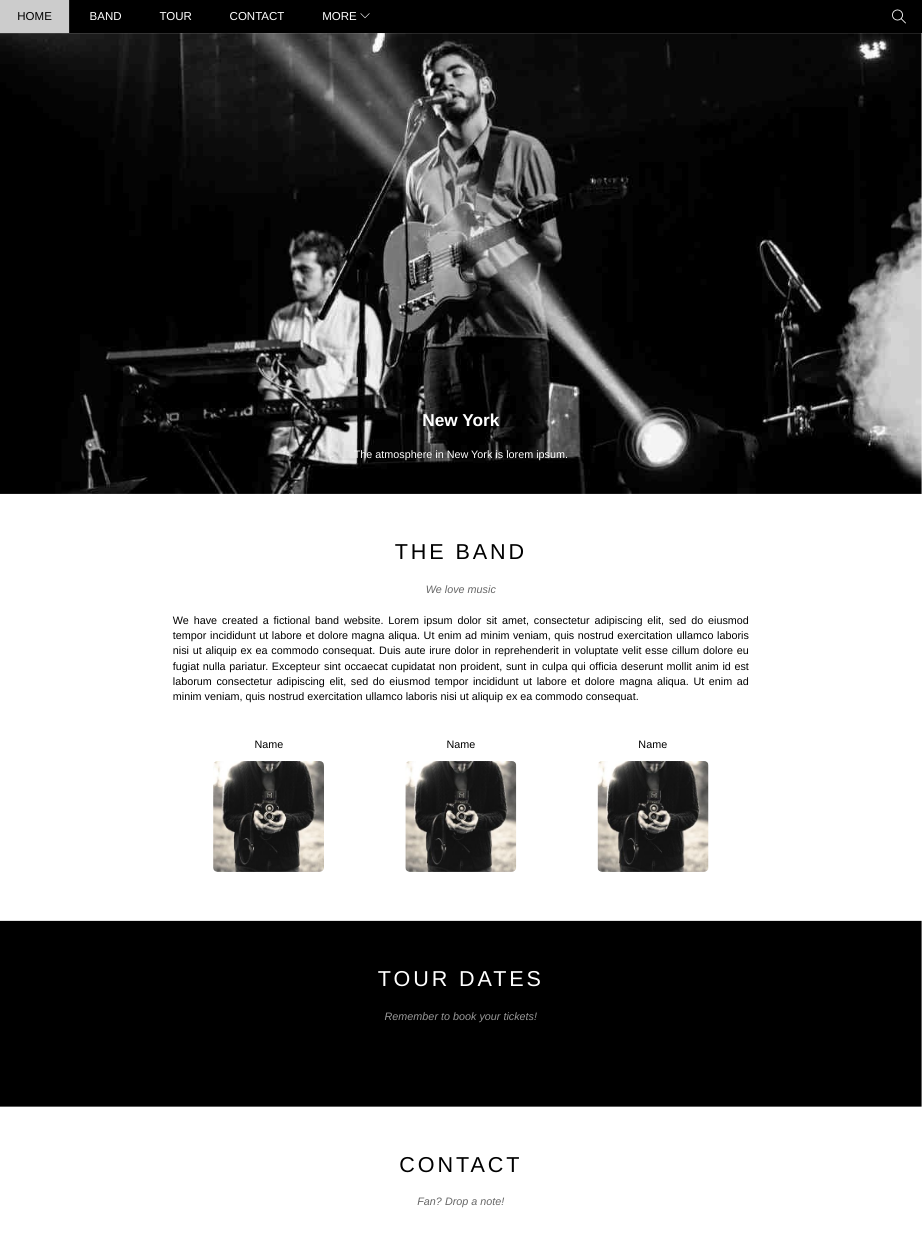
Repository: vophuocthanh/phuocthanhk03
Page: index.html
An editor plug-in stored every save of this project. The page is shown before and after the next save, followed by the edit.
The browser window is 1280 px wide. The pictures show the whole page, at 72% of full size.

Above is the page before, as saved 2022-03-24 23:32:22.

After the next save:
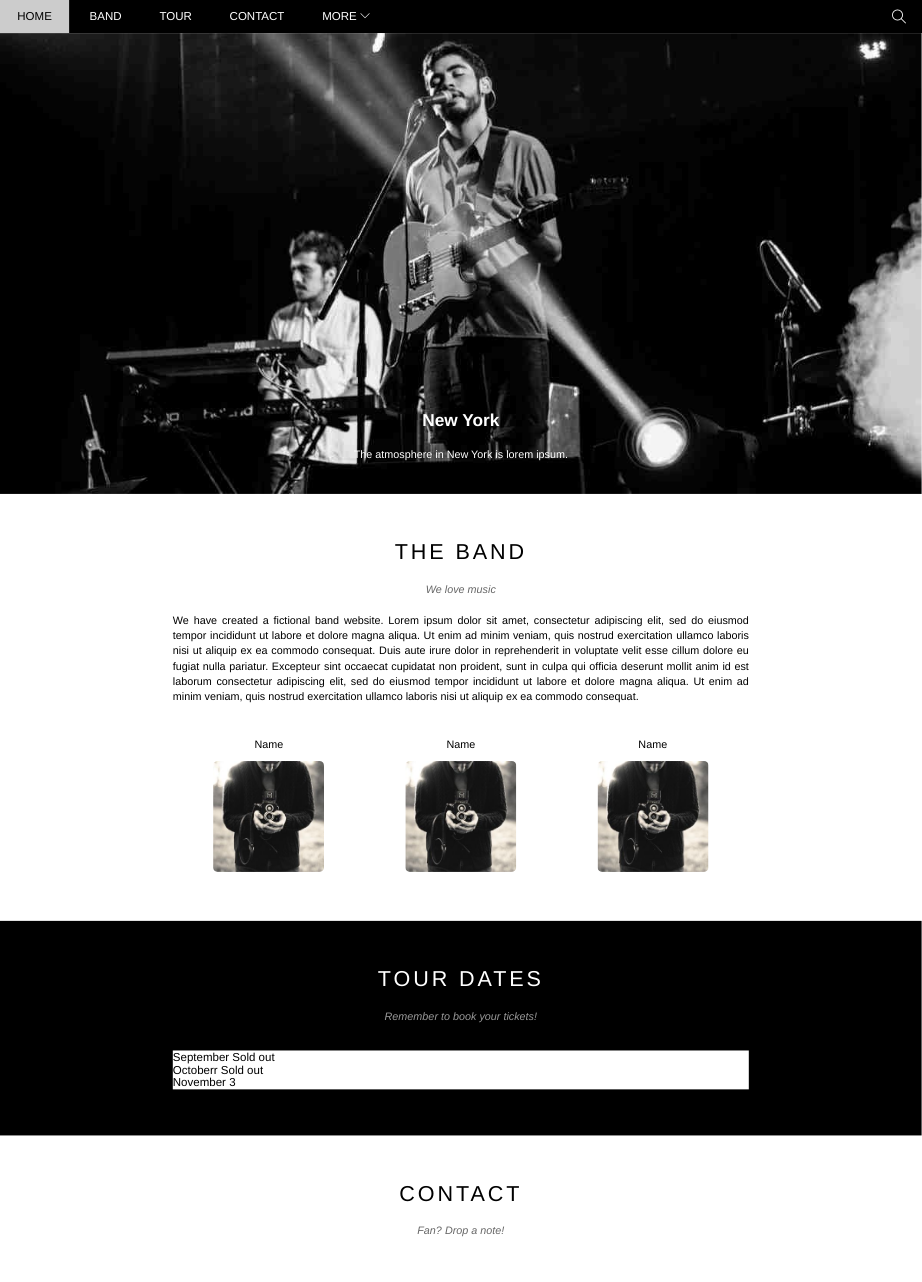
Saved 83 s later.
--- a/asset/css/style.css
+++ b/asset/css/style.css
@@ -203,6 +203,11 @@ html {
     background-color: #000;
 }
 
+.ticket-list {
+    background-color: #fff;
+    margin-top: 40px;
+}
+
 
 /* Foote section */
 
